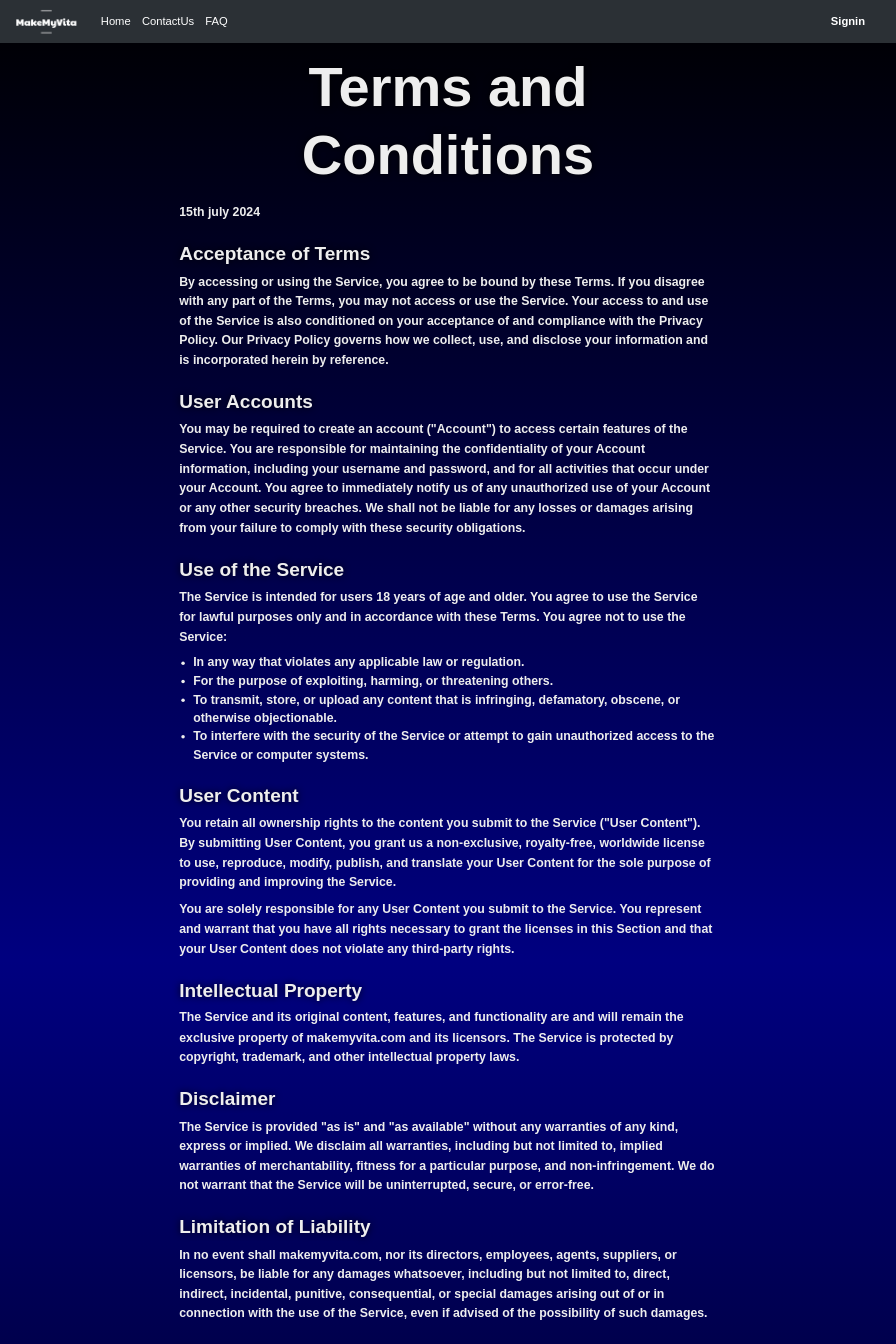
Repository: Tejaakshaykumar/MakeMyVita-Resume-Builder-Website
Page: /T&C (app in frontend/)
The author's editor kept a copy of each file at every save. The page is drawn from the files as they stood at one save, then again after a run of saves.
The browser window is 1280 px wide. The pictures show the part of the page from y = 0 to 1920 px (the page is 2936 px tall), at 70% of full size.
Some web libraries are served in a nearby version. The project was rebuilt for these pictures with package versions that can differ from the ones it lists, and the page was loaded fresh each time. Also part of the build but not shown: frontend/src/App.css, frontend/src/containers/About.js, frontend/src/containers/Buildresume.js, frontend/src/containers/Images.js, frontend/src/containers/Features.js, frontend/src/containers/Review.js, frontend/src/containers/Trybox.js, frontend/src/containers/Motionbox.js and 5 more.

Above is the page before, as saved 2024-06-10 11:53:27.

After the next 2 saves:
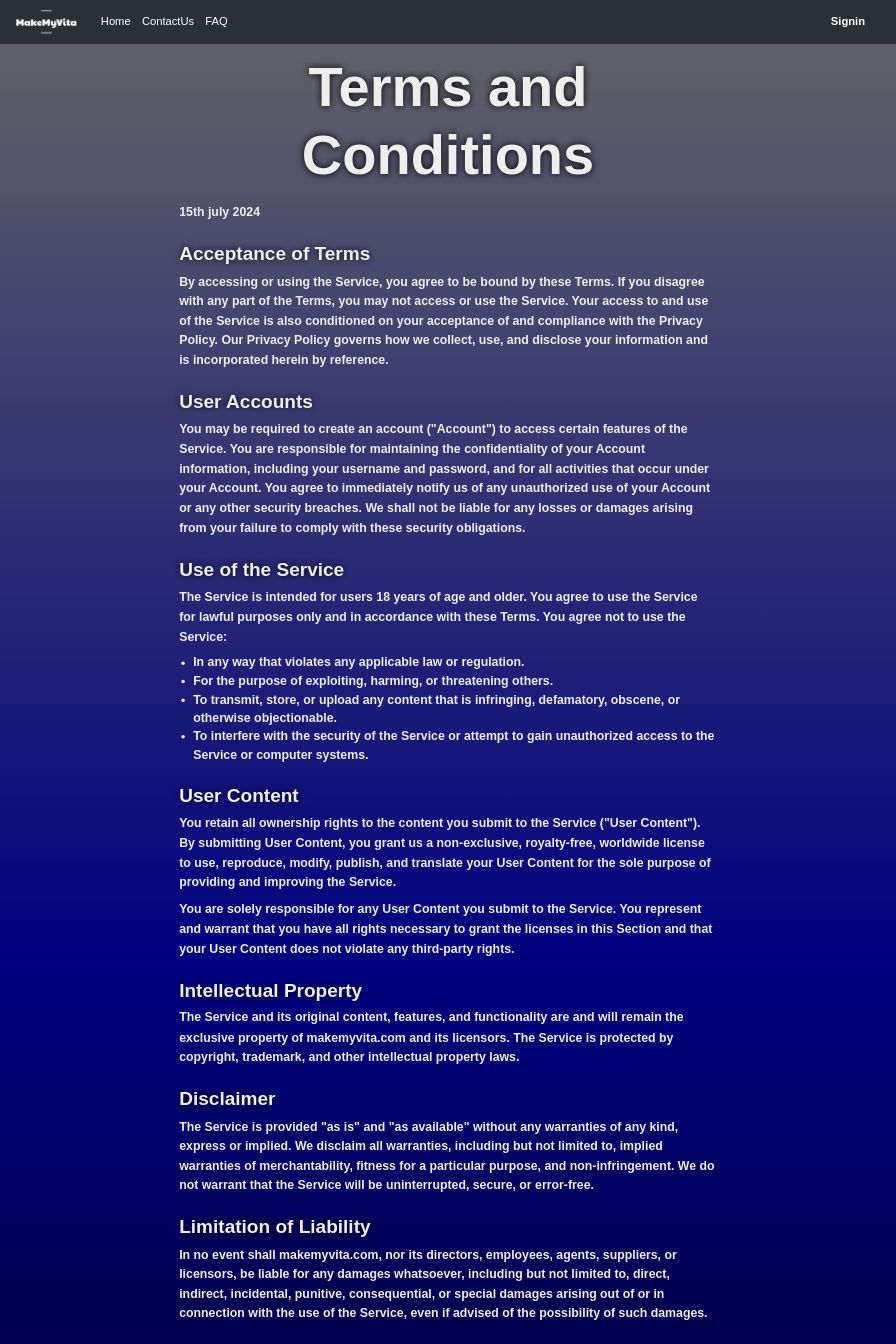
The 2 saves are shown as one change because they came seconds apart.
The last was saved 34 s later.
--- a/frontend/src/pages/pagestyles.css
+++ b/frontend/src/pages/pagestyles.css
@@ -5,7 +5,7 @@
     /* margin: 0 auto; */
     padding: 6% 20%;
     font-family: Arial, sans-serif;
-    background: linear-gradient(to top,rgb(0, 0, 0),navy,rgb(0, 0, 0));
+    background: linear-gradient(to top,rgb(0, 0, 0),navy,rgba(0, 0, 0, 0.603));
     /* color: #333; */
     color:#eee;
     /* margin-top: 7%; */
